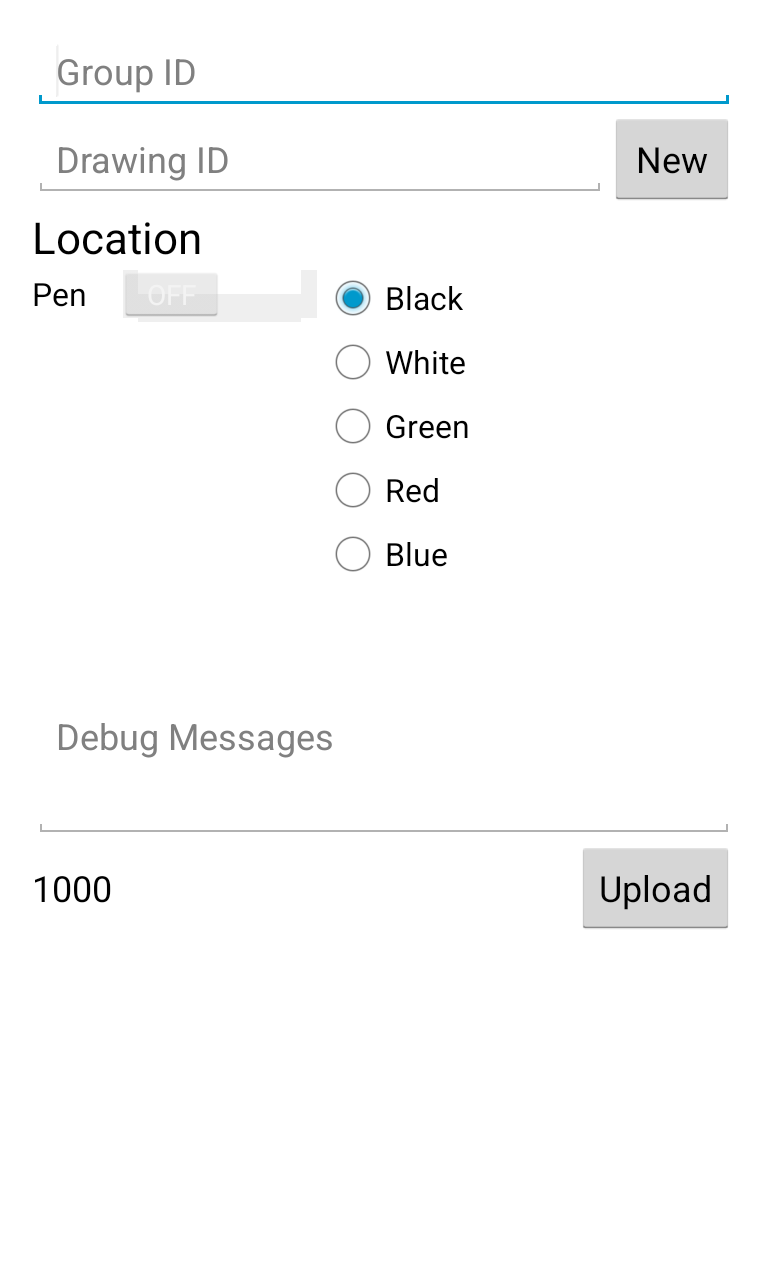
Repository: orsonteodoro/gpsdraw
Layout: gpsdraw/gpsdraw/res/layout/fragment_gpsdraw.xml
These files come from the project's save history. The layout is drawn as it stood at one moment and after the next save; the edit follows.
Pictures or frames that could not be fetched are drawn as grey boxes. It is drawn on a 768 x 1280 px phone screen (xhdpi) without system bars, with theme AppTheme; the app's code is not run.

Above is the layout before, as saved 2014-05-05 21:25:21.

After the next save:
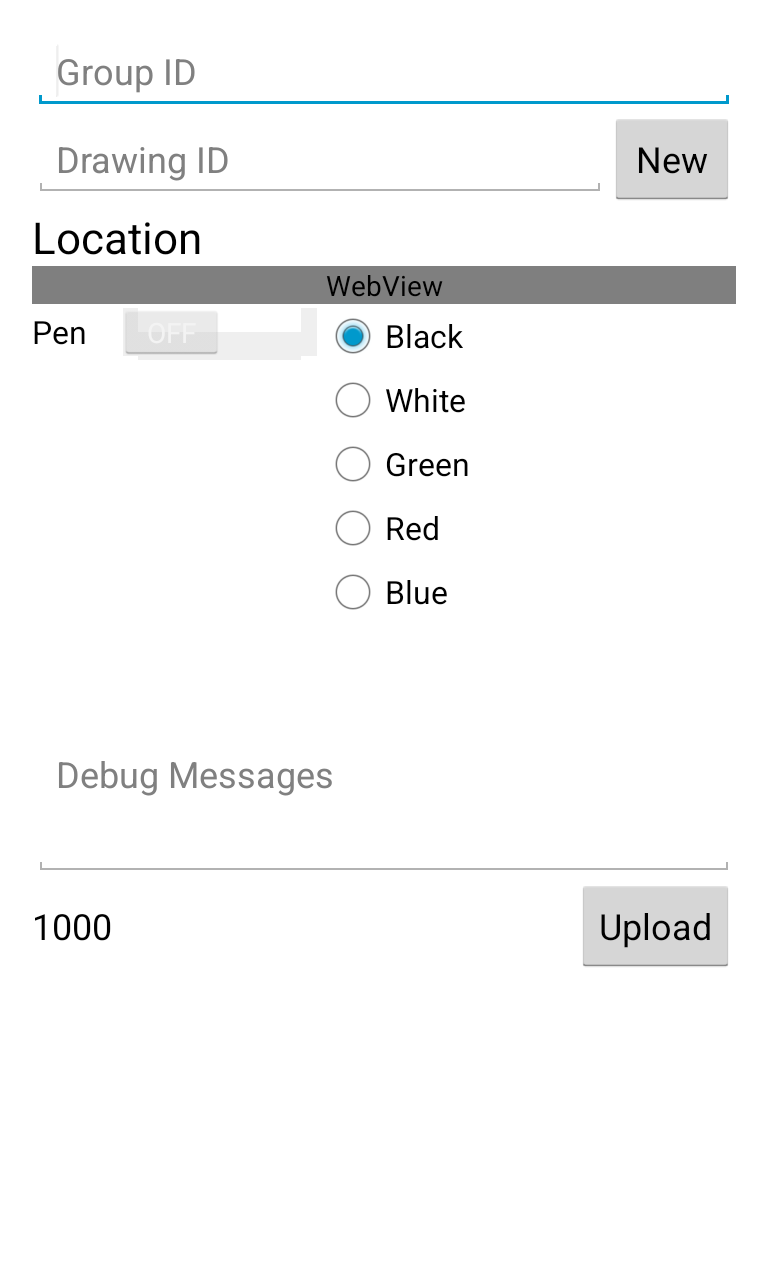
Saved 5 min 25 s later.
--- a/gpsdraw/gpsdraw/res/layout/fragment_gpsdraw.xml
+++ b/gpsdraw/gpsdraw/res/layout/fragment_gpsdraw.xml
@@ -52,6 +52,11 @@
             android:layout_height="wrap_content"
             android:text="@string/location"
             android:textAppearance="?android:attr/textAppearanceLarge" />
+
+        <WebView
+            android:id="@+id/webView1"
+            android:layout_width="match_parent"
+            android:layout_height="match_parent" />
 
         <LinearLayout
             android:layout_width="match_parent"
